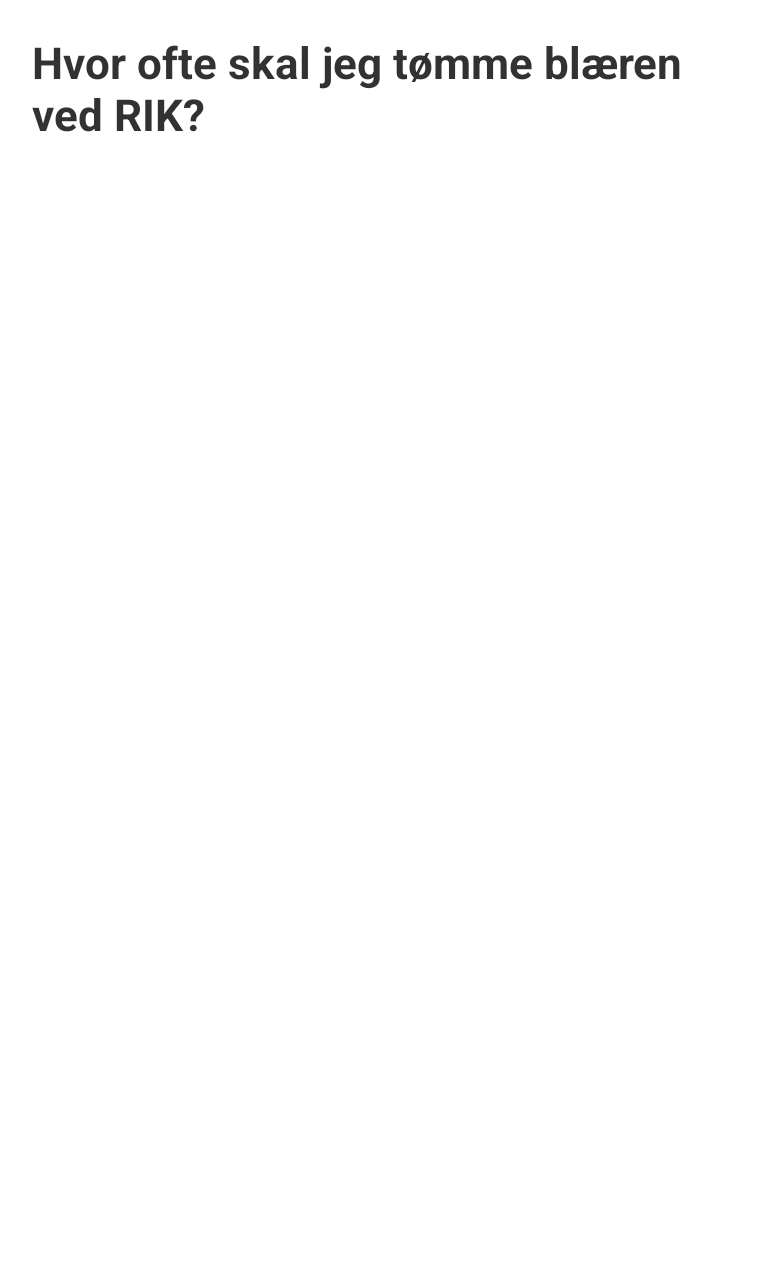
Repository: KingApollo/RIKapp2
Layout: RIKapp/res/layout/activity_how_often.xml
These files come from the project's save history. The layout is drawn as it stood at one moment and after the next save; the edit follows.
It is drawn on a 768 x 1280 px phone screen (xhdpi) without system bars, with theme android:Theme.Light.NoTitleBar; the app's code is not run.

Above is the layout before, as saved 2014-10-10 12:24:19.

After the next save:
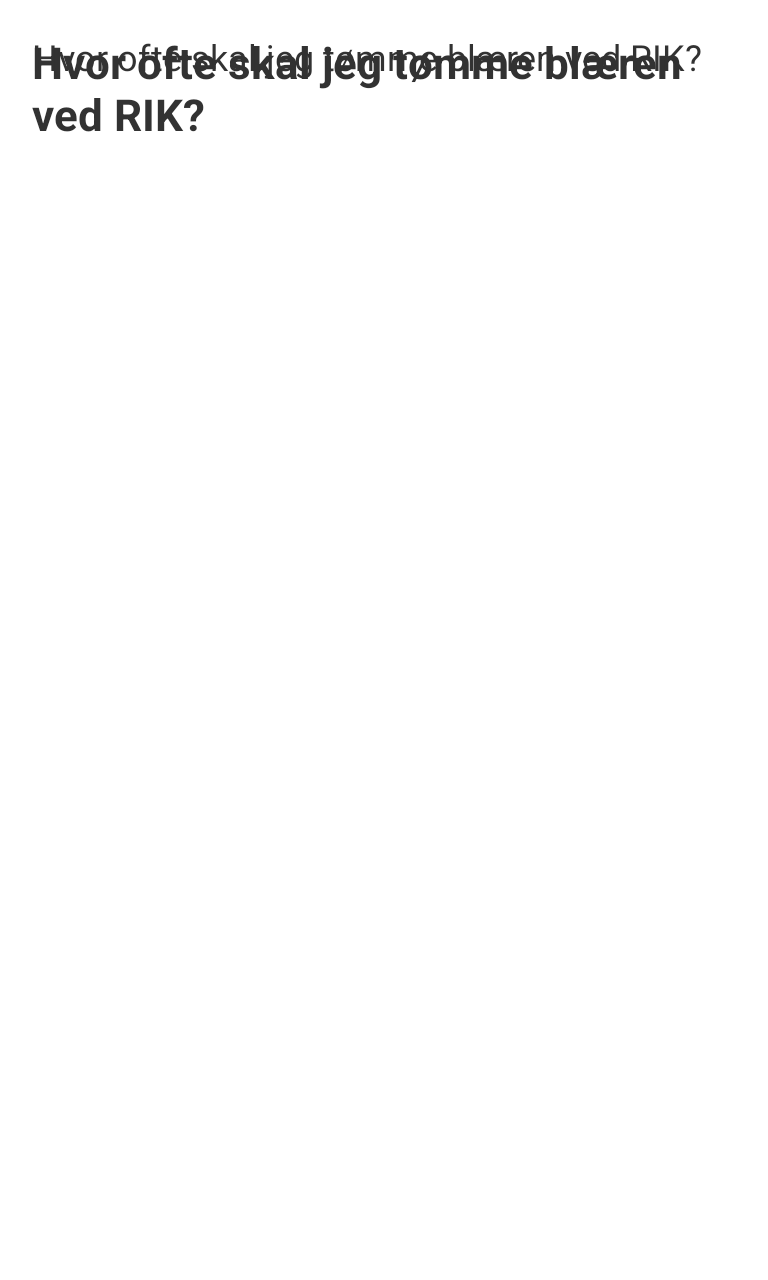
Saved 25 s later.
--- a/RIKapp/res/layout/activity_how_often.xml
+++ b/RIKapp/res/layout/activity_how_often.xml
@@ -16,4 +16,14 @@
     android:textSize="22sp"
     android:textStyle="bold" />
 
+  <TextView
+    android:id="@+id/tvHowOftenQuestion"
+    android:layout_width="wrap_content"
+    android:layout_height="wrap_content"
+    android:text="@string/howOftenQuestion"
+    android:textSize="18sp"
+    />
+
+
+
 </RelativeLayout>
